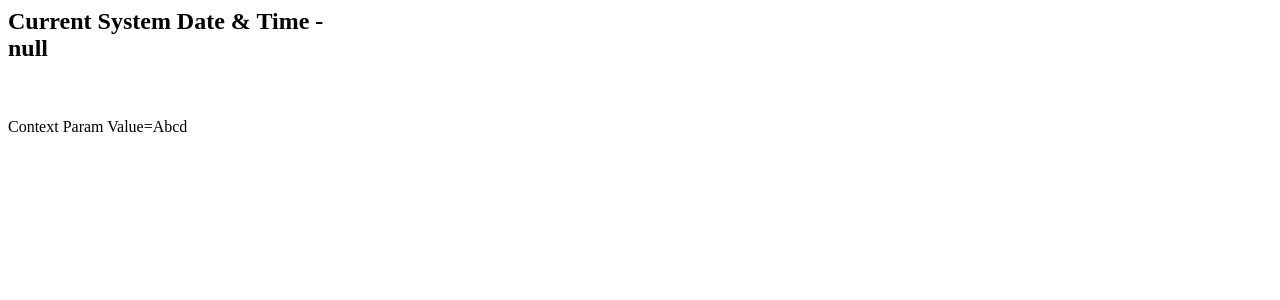
Repository: AbhayaAdarsh/TY_CG_HTD_BANGLORENOVEMBER_JFS_ABHAYAADARSH
Page: http://localhost/mywebapp/getEmp1
These files come from the project's save history. The page is drawn as it stood at one moment and after the next save; the edit follows.
The browser window is 1280 px wide. The pictures show the whole page.
The page is served by Tomcat 9.

Above is the page before, as saved 2019-12-16 07:43:56.

After the next save:
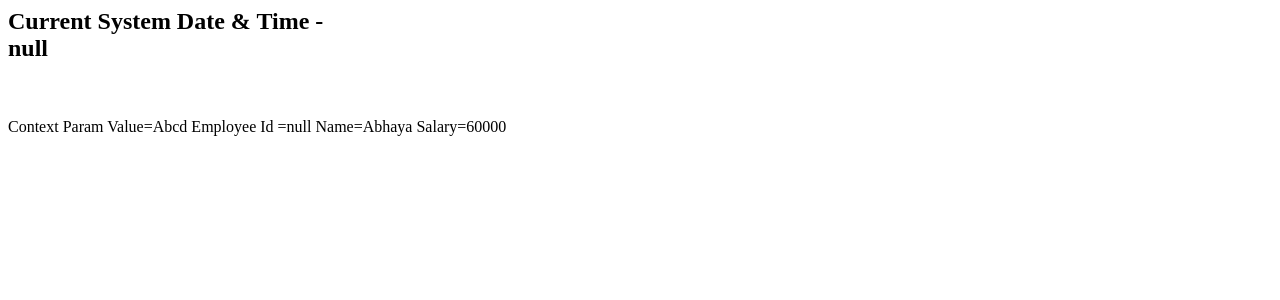
Saved 10 min 5 s later.
--- a/Back End/Servlets/mywebapp/src/main/java/com/capgemini/mywebapp/servlets/GetEmployeeServlet.java
+++ b/Back End/Servlets/mywebapp/src/main/java/com/capgemini/mywebapp/servlets/GetEmployeeServlet.java
@@ -34,13 +34,14 @@ public class GetEmployeeServlet extends HttpServlet{
 		//display context-param value
 		out.println("<br><br>Context Param Value=" + contextParamVal);
 
-	//	out.println("<body>");
+
+		out.println("<body>");
 		//out.println("Employee Id =" + id1);
-	//	out.println("Employee Id =" + id1Val);
-	//	out.println("Name=Abhaya");
-	//	out.println("Salary=60000");
-	//	out.println("</body>");
-	//	out.println("</html>");
+		out.println("Employee Id =" + id1Val);
+		out.println("Name=Abhaya");
+		out.println("Salary=60000");
+		out.println("</body>");
+		out.println("</html>");
 
 	}//End of doGet
 
